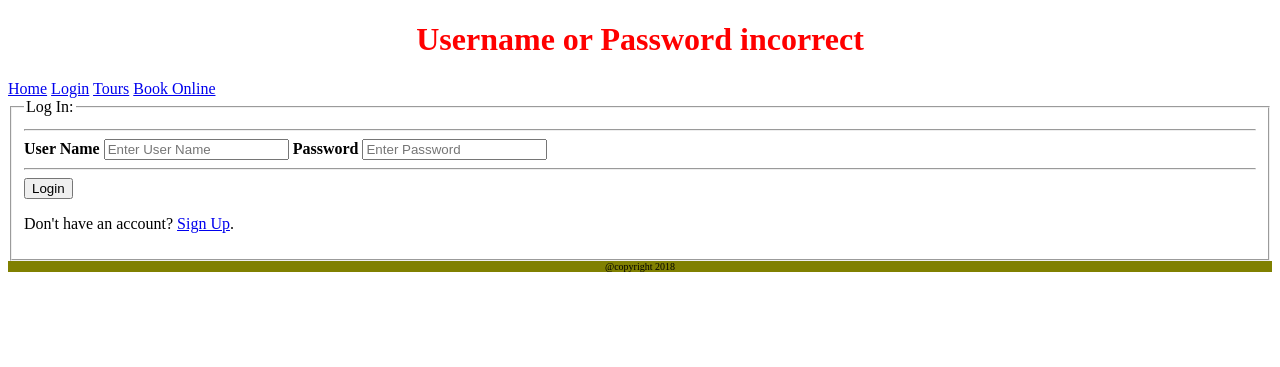
Repository: Rahim89/ANYFT
Page: http://localhost/CaseStudy/WEB-INF/views/errorPage.jsp
These files come from the project's save history. The page is drawn as it stood at one moment and after the next save; the edit follows.
The browser window is 1280 px wide. The pictures show the whole page.
The page is served by Tomcat 9. Nobody is signed in. The template is opened directly, without the code that normally fills it, so the values that code supplies are empty.

Above is the page before, as saved 2018-09-17 17:10:39.

After the next save:
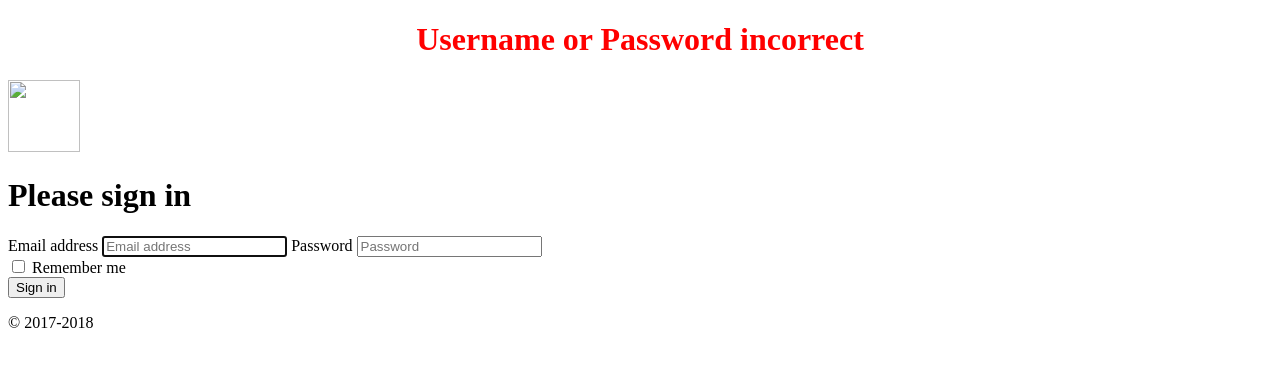
Not found: CaseStudy/CaseStudy/WEB-INF/views/signin.css
Not found: CaseStudy/CaseStudy/assets/brand/bootstrap-solid.svg
Not found: CaseStudy/CaseStudy/dist/css/bootstrap.min.css
Saved 12 s later.
--- a/CaseStudy/WebContent/WEB-INF/views/login.jsp
+++ b/CaseStudy/WebContent/WEB-INF/views/login.jsp
@@ -1,43 +1,38 @@
 <%@ page language="java" contentType="text/html; charset=UTF-8"
     pageEncoding="UTF-8"%>
 <!DOCTYPE html>
-<html>
-<head>
-<meta charset="UTF-8">
-<title>Login</title>
-</head>
-<body>
-	<div id = "header">
-    <%@include file="header.jsp" %>
-    </div>
+<html lang="en">
+  <head>
+    <meta charset="utf-8">
+    <meta name="viewport" content="width=device-width, initial-scale=1, shrink-to-fit=no">
+    <meta name="description" content="">
+    <meta name="author" content="">
+    <link rel="icon" href="../../../../favicon.ico">
 
-	<form action="userverification" method="post">
-	  <fieldset>
-	    <legend>Log In:</legend>
+    <title>Signin Template for Bootstrap</title>
 
-	    <div class="container">
-    <hr>
+    <!-- Bootstrap core CSS -->
+    <link href="../../dist/css/bootstrap.min.css" rel="stylesheet">
 
-	<label for="text"><b>User Name</b></label>
-    <input type="text" placeholder="Enter User Name" name="username" required/>
+    <!-- Custom styles for this template -->
+    <link href="signin.css" rel="stylesheet">
+  </head>
 
-    <label for="psw"><b>Password</b></label>
-    <input type="password" placeholder="Enter Password" name="password" required/>
-
-	<hr>
-
-	    <button type="submit" class="registerbtn">Login</button>
-	    </div>
-
-	    <div class="container signin">
-   		 <p>Don't have an account? <a href="registration">Sign Up</a>.</p>
-  		</div>
-
-	  </fieldset>
-	</form>
-
-	<div>
-    <%@include file="footer.jsp" %>
-    </div>
-</body>
+  <body class="text-center">
+    <form class="form-signin">
+      <img class="mb-4" src="../../assets/brand/bootstrap-solid.svg" alt="" width="72" height="72">
+      <h1 class="h3 mb-3 font-weight-normal">Please sign in</h1>
+      <label for="inputEmail" class="sr-only">Email address</label>
+      <input type="email" id="inputEmail" class="form-control" placeholder="Email address" required autofocus>
+      <label for="inputPassword" class="sr-only">Password</label>
+      <input type="password" id="inputPassword" class="form-control" placeholder="Password" required>
+      <div class="checkbox mb-3">
+        <label>
+          <input type="checkbox" value="remember-me"> Remember me
+        </label>
+      </div>
+      <button class="btn btn-lg btn-primary btn-block" type="submit">Sign in</button>
+      <p class="mt-5 mb-3 text-muted">&copy; 2017-2018</p>
+    </form>
+  </body>
 </html>

After the save that followed:
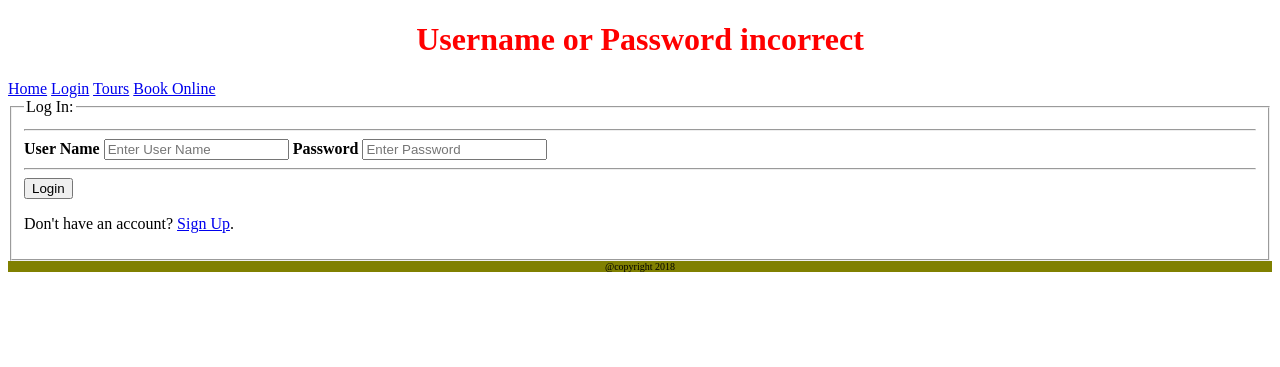
Saved 81 s later.
--- a/CaseStudy/WebContent/WEB-INF/views/login.jsp
+++ b/CaseStudy/WebContent/WEB-INF/views/login.jsp
@@ -1,38 +1,43 @@
 <%@ page language="java" contentType="text/html; charset=UTF-8"
     pageEncoding="UTF-8"%>
 <!DOCTYPE html>
-<html lang="en">
-  <head>
-    <meta charset="utf-8">
-    <meta name="viewport" content="width=device-width, initial-scale=1, shrink-to-fit=no">
-    <meta name="description" content="">
-    <meta name="author" content="">
-    <link rel="icon" href="../../../../favicon.ico">
+<html>
+<head>
+<meta charset="UTF-8">
+<title>Login</title>
+</head>
+<body>
+	<div id = "header">
+    <%@include file="header.jsp" %>
+    </div>
 
-    <title>Signin Template for Bootstrap</title>
+	<form action="userverification" method="post">
+	  <fieldset>
+	    <legend>Log In:</legend>
 
-    <!-- Bootstrap core CSS -->
-    <link href="../../dist/css/bootstrap.min.css" rel="stylesheet">
+	    <div class="container">
+    <hr>
 
-    <!-- Custom styles for this template -->
-    <link href="signin.css" rel="stylesheet">
-  </head>
+	<label for="text"><b>User Name</b></label>
+    <input type="text" placeholder="Enter User Name" name="username" required/>
 
-  <body class="text-center">
-    <form class="form-signin">
-      <img class="mb-4" src="../../assets/brand/bootstrap-solid.svg" alt="" width="72" height="72">
-      <h1 class="h3 mb-3 font-weight-normal">Please sign in</h1>
-      <label for="inputEmail" class="sr-only">Email address</label>
-      <input type="email" id="inputEmail" class="form-control" placeholder="Email address" required autofocus>
-      <label for="inputPassword" class="sr-only">Password</label>
-      <input type="password" id="inputPassword" class="form-control" placeholder="Password" required>
-      <div class="checkbox mb-3">
-        <label>
-          <input type="checkbox" value="remember-me"> Remember me
-        </label>
-      </div>
-      <button class="btn btn-lg btn-primary btn-block" type="submit">Sign in</button>
-      <p class="mt-5 mb-3 text-muted">&copy; 2017-2018</p>
-    </form>
-  </body>
+    <label for="psw"><b>Password</b></label>
+    <input type="password" placeholder="Enter Password" name="password" required/>
+
+	<hr>
+
+	    <button type="submit" class="registerbtn">Login</button>
+	    </div>
+
+	    <div class="container signin">
+   		 <p>Don't have an account? <a href="registration">Sign Up</a>.</p>
+  		</div>
+
+	  </fieldset>
+	</form>
+
+	<div>
+    <%@include file="footer.jsp" %>
+    </div>
+</body>
 </html>
